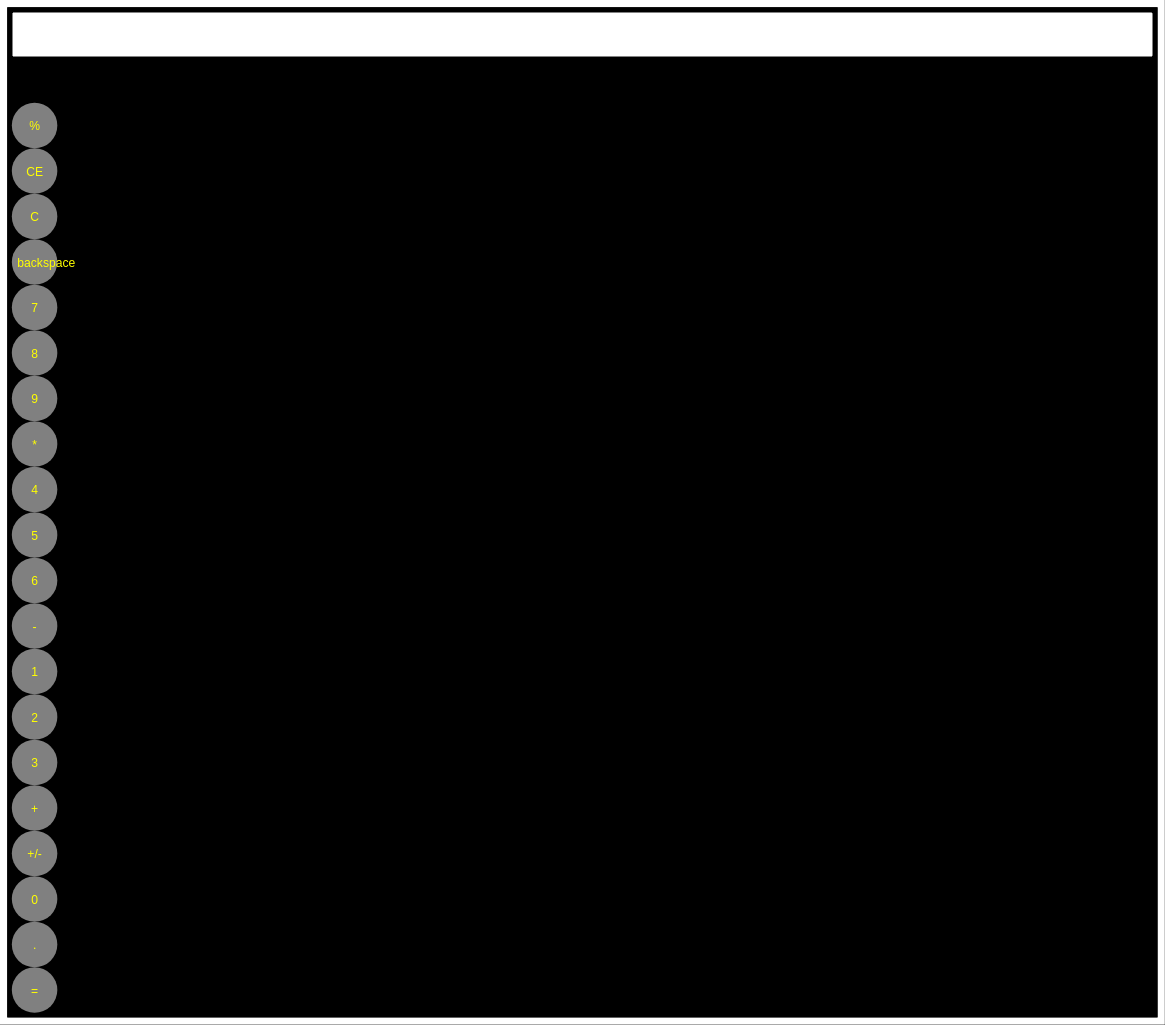
Repository: kirtivaishya/calculator
Page: index.html
The author's editor kept a copy of each file at every save. The page is drawn from the files as they stood at one save, then again after the next save.
The browser window is 1280 px wide. The pictures show the whole page, at 91% of full size.
The style sheet was rebuilt from its Sass, Less or Tailwind sources for each picture, by a compiler version that may differ from the author's.

Above is the page before, as saved 2021-10-14 16:50:23.
Console error: ReferenceError: button is not defined

### index.html
<!DOCTYPE html>
<html lang="en">
<head>
    <meta charset="UTF-8">
    <meta name="viewport" content="width=device-width, initial-scale=1.0">
    <title>calculator</title>
    <link rel="stylesheet" href="css/component.css">
</head>
<body>
    <section >
        <form action="" class="grid">
            <input type="number">
            <br>
            <button class=".btn" id="percentage">%</button>
            <button class=".btn" id="CE">CE</button>
            <button id="C">C</button>
            <button id="backspace">backspace</button>
            <button id="7">7</button>
            <button id="8">8</button>
            <button id="9">9</button>
            <button id="*">*</button>
            <button id="4">4</button>
            <button id="5">5</button>
            <button id="6">6</button>
            <button id="substract">-</button>
            <button id="1">1</button>
            <button id="2">2</button>
            <button id="3">3</button>
            <button id="+">+</button>
            <button id="prefix">+/-</button>
            <button id="0">0</button>
            <button id="dot">.</button>
            <button id="equal">=</button>
        </form>
    </section>
    <script src="js/function.js"></script>
</body>
</html>

### js/function.js
// **********Add the value to input ***********
button.addEventListener('click',(event)=>{
    event.preventDefault();
   const buttonList= document.querySelectorAll("button");
});

### css/component.scss
.btn{
    background-color: grey;
    color: yellow;
    border-radius: 50%;
    border: grey;


}
// .firstrow {
//     grid-area: firstrow;
//     text-align: center;
//   }
//   .firstrow {
//     grid-area: firstrow;
//     text-align: center;
//   }
//   .firstrow {
//     grid-area: firstrow;
//     text-align: center;
//   }
.grid{
    display: grid;
    grid-auto-columns: auto;
    grid-template-rows: 1fr 1fr 1fr 1fr 1fr;
}
button {
    height: 50px;
    width: 50px;
    background-color: grey;
    color: yellow;
    border-radius: 50%;
    border: grey;
  &_operation{
      background-color: yellow;
      color: black;
  }
}

  form {
  border: 5px black solid;
  background-color: black;
  }

After the next save:
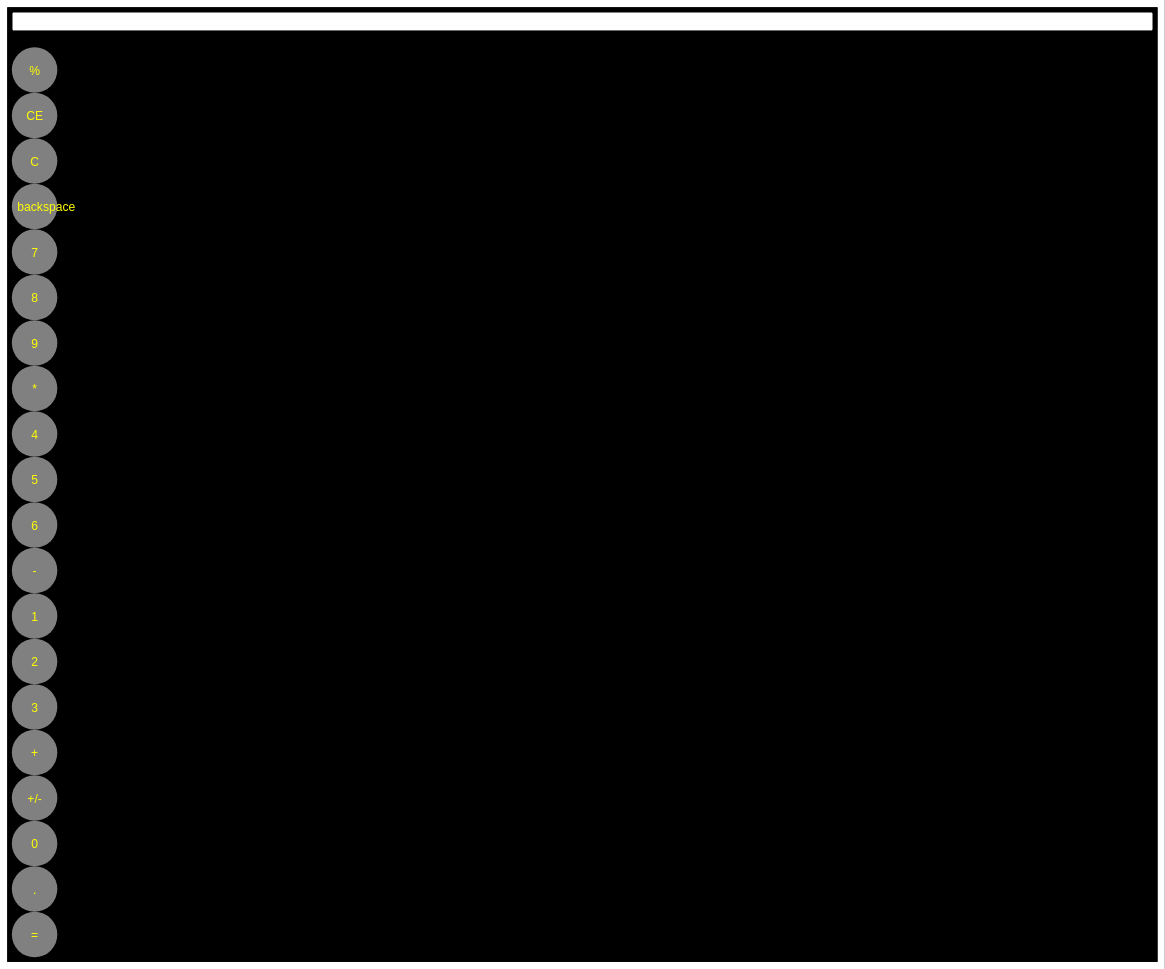
Saved 29 s later.
--- a/css/component.scss
+++ b/css/component.scss
@@ -20,8 +20,8 @@
 //   }
 .grid{
     display: grid;
-    grid-auto-columns: auto;
-    grid-template-rows: 1fr 1fr 1fr 1fr 1fr;
+    grid-auto-columns: 1fr 1fr 1fr 1fr;
+    grid-template-rows: auto;
 }
 button {
     height: 50px;
